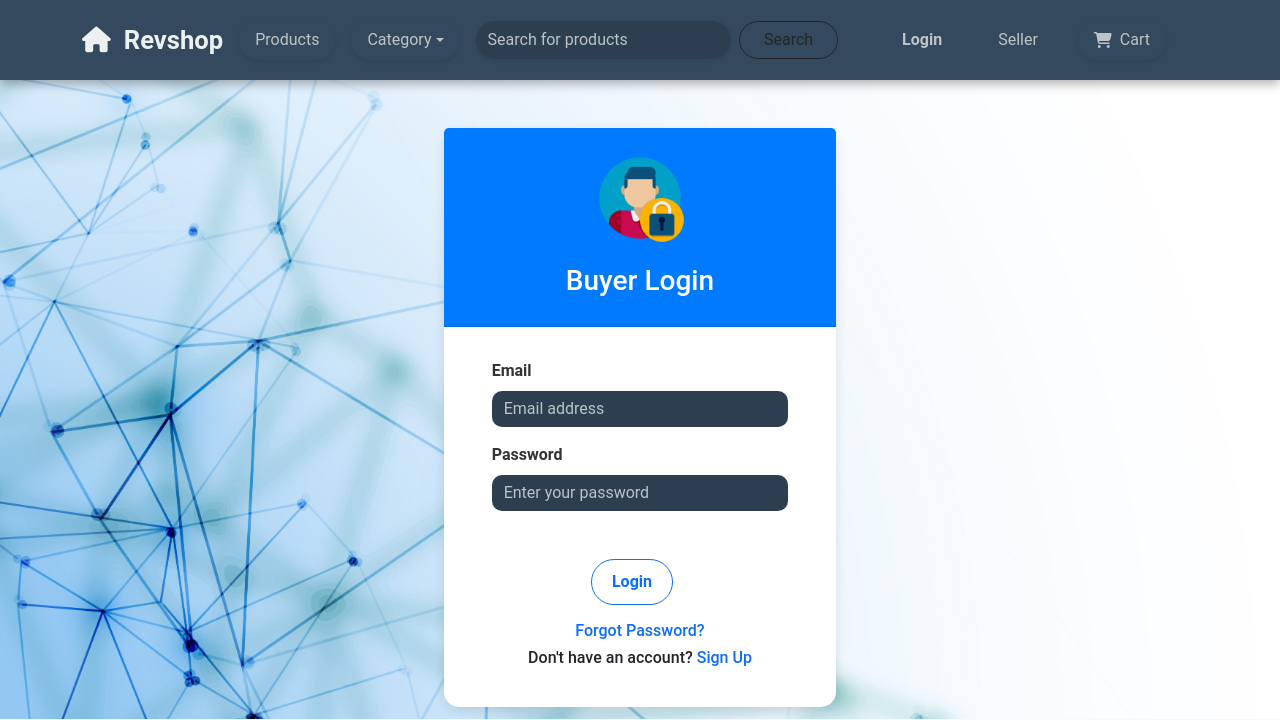
Repository: pratikp99/E-Commerce-Webapp-
Page: http://localhost/Revshop_WebApp/login.jsp
The author's editor kept a copy of each file at every save. The page is drawn from the files as they stood at one save, then again after the next save.
The browser window is 1280 px wide. The pictures show the whole page.
The page is served by Tomcat 10. Queries for data that is not in the repository find no rows.

Above is the page before, as saved 2024-08-31 19:19:58.

After the next save:
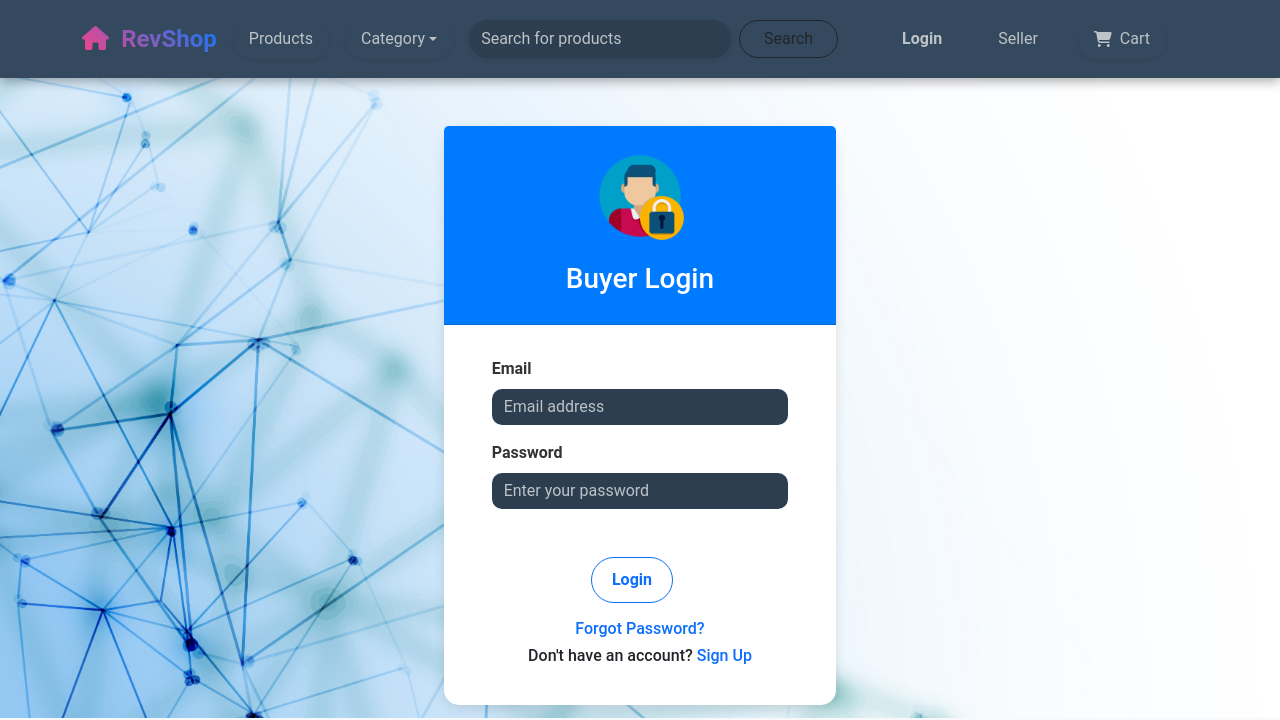
Saved 10 min 38 s later.
--- a/Revshop WebApp/src/main/webapp/Components/navbar.jsp
+++ b/Revshop WebApp/src/main/webapp/Components/navbar.jsp
@@ -153,7 +153,9 @@ List<categoryModel> categoryList = catDao.getAllCategories();
 
 <nav class="navbar navbar-expand-lg navbar-dark">
     <div class="container">
-        <a class="navbar-brand" href="index.jsp"><i class="fa-sharp fa-solid fa-house"></i>&ensp;Revshop</a>
+        <a class="navbar-brand" href="index.jsp" style="font-weight: bold; font-size: 1.5rem; background: linear-gradient(45deg, #ff4081, #007bff); -webkit-background-clip: text; -webkit-text-fill-color: transparent;">
+    <i class="fa-sharp fa-solid fa-house"></i>&ensp;RevShop
+</a>
         <button class="navbar-toggler" type="button" data-bs-toggle="collapse" data-bs-target="#navbarSupportedContent"
             aria-controls="navbarSupportedContent" aria-expanded="false" aria-label="Toggle navigation">
             <span class="navbar-toggler-icon"></span>
